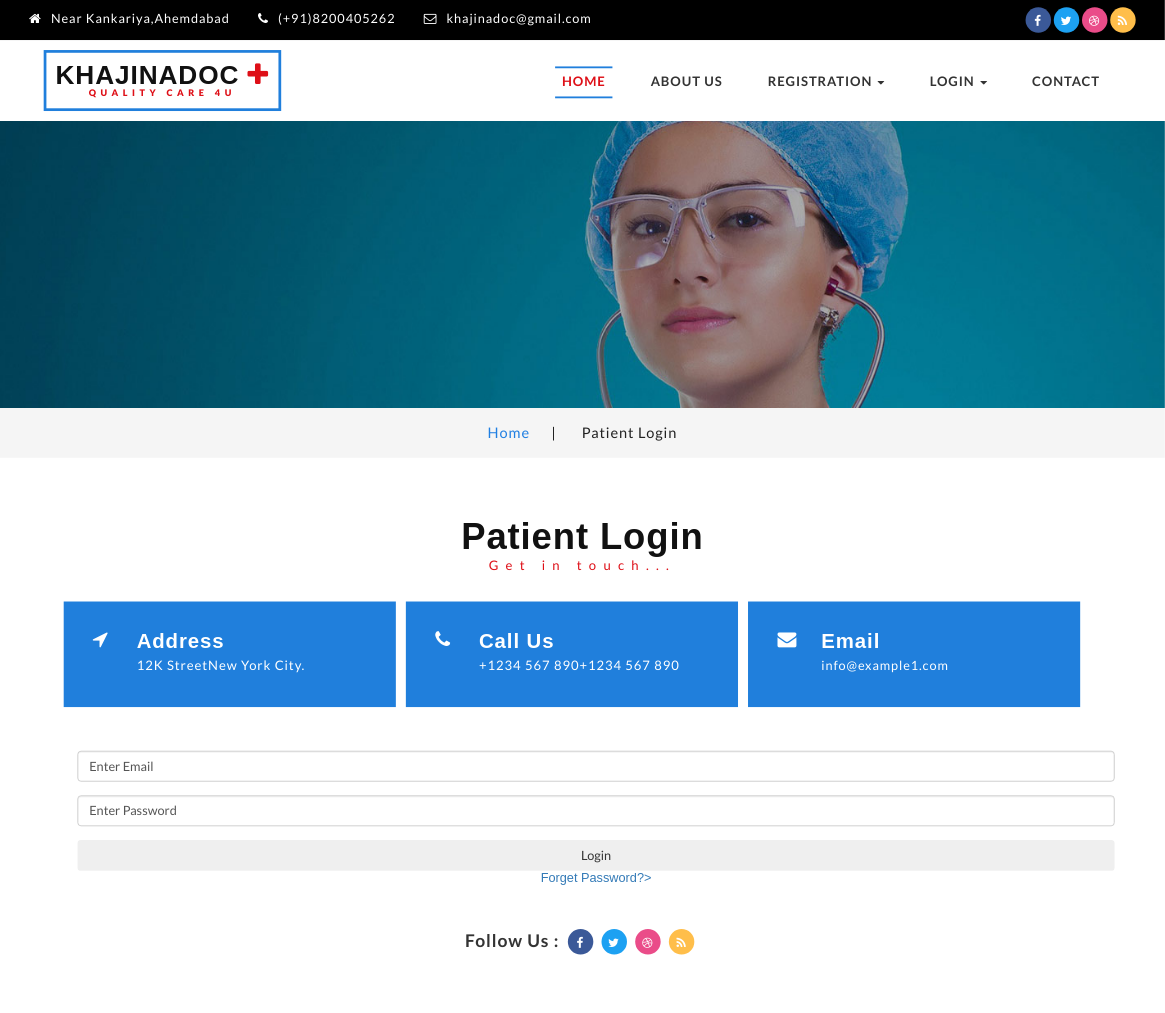
Repository: 72-faisal/Doctor_Finder
Page: http://localhost/Khajina_Doctor/Patient_Login.jsp
An editor plug-in stored every save of this project. The page is shown before and after the next save, followed by the edit.
The browser window is 1280 px wide. The pictures show the part of the page from y = 0 to 1113 px (the page is 2147 px tall), at 91% of full size.
Pictures or frames that could not be fetched are drawn as grey boxes. Some web fonts or font styles are not loaded; a fallback is used. The page is served by Tomcat 9.

Above is the page before, as saved 2023-05-07 19:04:11.
Console error (its wording comes from the project's code and is left out).

After the next save:
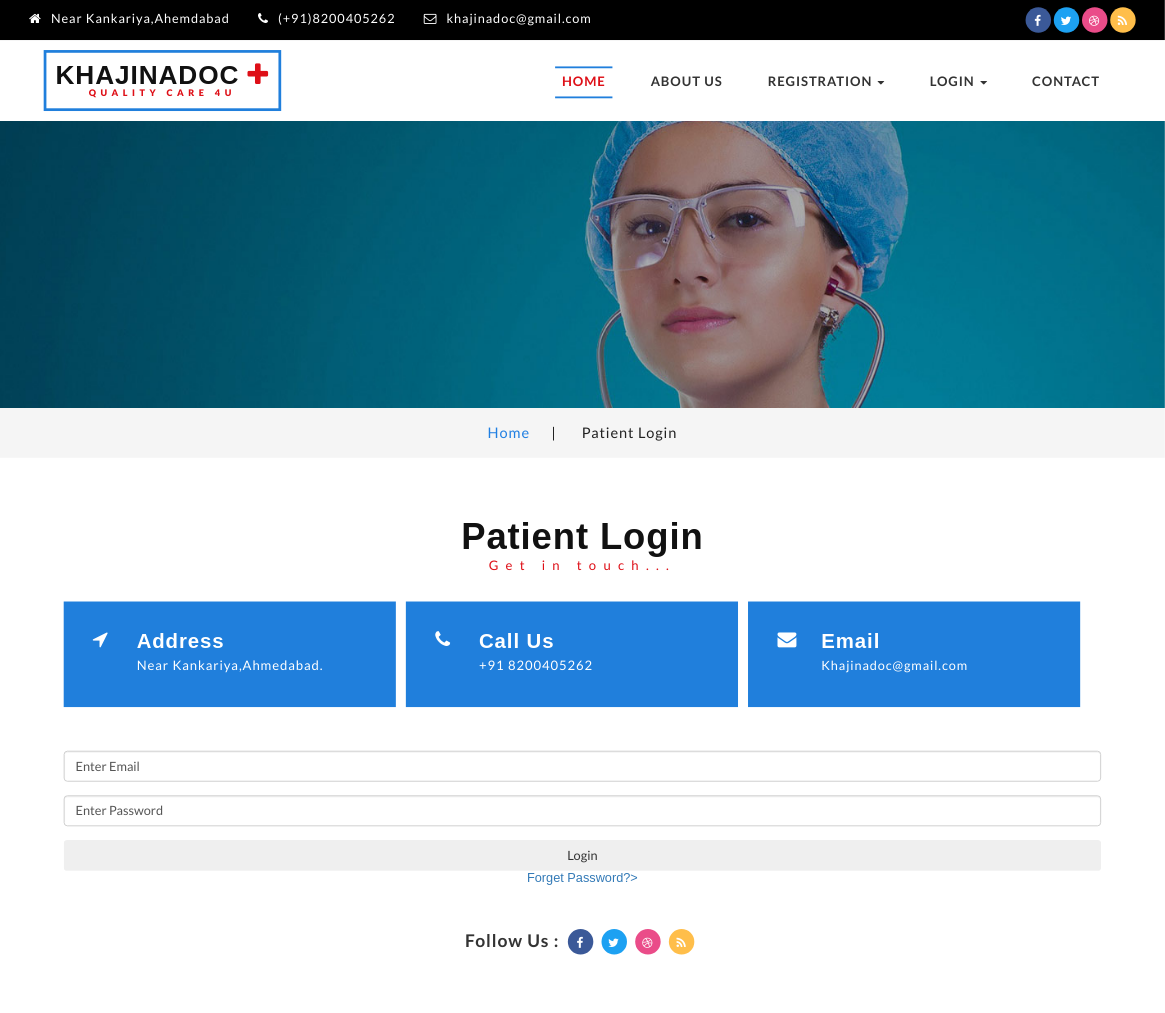
Saved 77 s later.
--- a/Khajina_Doctor/src/main/webapp/Patient_Login.jsp
+++ b/Khajina_Doctor/src/main/webapp/Patient_Login.jsp
@@ -210,13 +210,13 @@ Smartphone Compatible web template, free web designs for Nokia, Samsung, LG, Son
 			<h2 class="w3_heade_tittle_agile">Patient Login</h2>
 		    <p class="sub_t_agileits">Get in touch...</p>
 
-           <div class="contact-top-agileits">
+            <div class="contact-top-agileits">
                <div class="col-md-4 contact-grid ">
 					<div class="contact-grid1 agileits-w3layouts">
 						<i class="fa fa-location-arrow"></i>
 						<div class="con-w3l-info">
 						   <h4>Address </h4>
-						  <p>12K Street<span>New York City.</span></p>
+						  <p>Near Kankariya,<span>Ahmedabad.</span></p>
 						</div>
 						<div class="clearfix"></div>
 					</div>
@@ -226,7 +226,7 @@ Smartphone Compatible web template, free web designs for Nokia, Samsung, LG, Son
 						<i class="fa fa-phone" aria-hidden="true"></i>
 						<div class="con-w3l-info">
 						  <h4>Call Us</h4>
-						   <p>+1234 567 890<span>+1234 567 890</span></p>
+						   <p>+91 8200405262</p>
 						</div>
 						<div class="clearfix"></div>
 					</div>
@@ -236,12 +236,15 @@ Smartphone Compatible web template, free web designs for Nokia, Samsung, LG, Son
 						<i class="fa fa-envelope"></i>
 						<div class="con-w3l-info">
 						  <h4>Email</h4>
-						  <p><a href="mailto:info@example.com">info@example1.com</a>
+						  <p><a href="mailto:info@example.com">Khajinadoc@gmail.com</a>
 
 						  </p></div>
 						  <div class="clearfix"></div>
 					</div>
 				</div>
+				<div class="clearfix"></div>
+
+			</div>
 				<div class="clearfix"></div>
 
 			</div>
